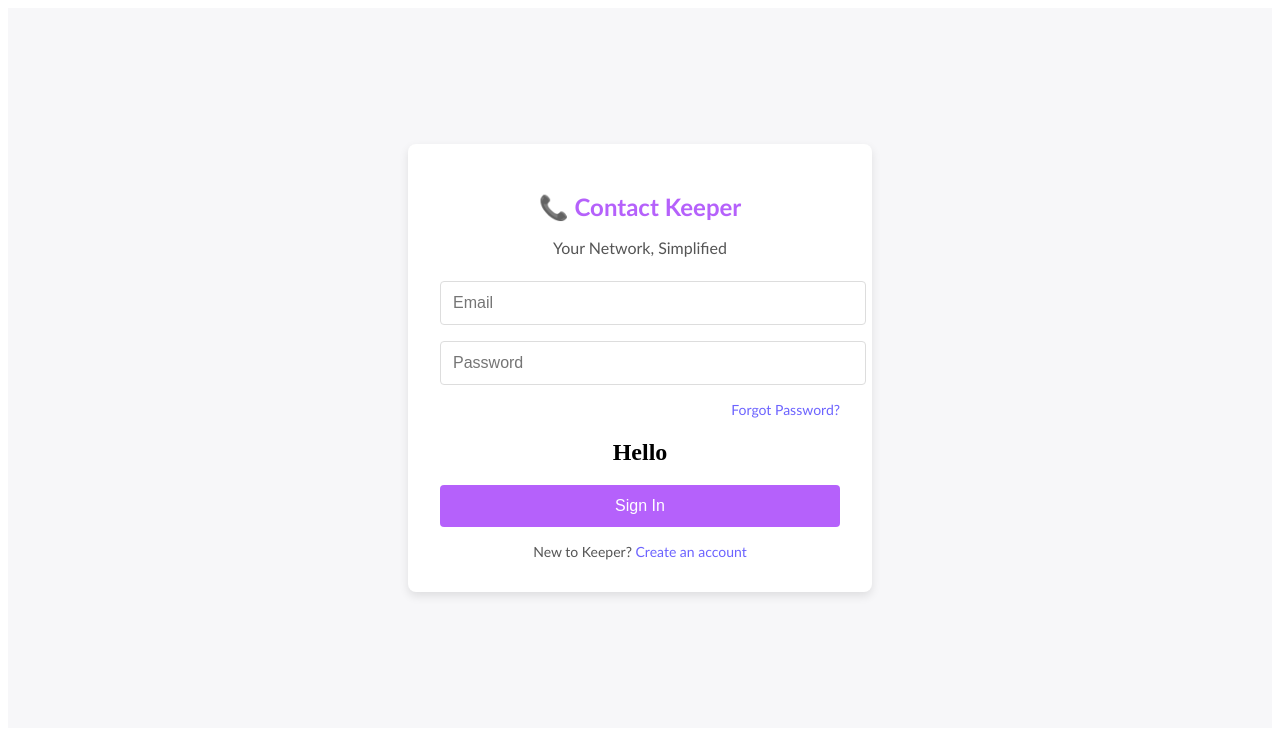
Repository: honexly/melbert-loginapp
Page: /
An editor plug-in stored every save of this project. The page is shown before and after a run of saves, followed by the edit.
The browser window is 1280 px wide. The pictures show the whole page.
The project was rebuilt for these pictures with package versions that can differ from the ones it lists, and the page was loaded fresh each time. Also part of the build but not shown: vue.config.js.

Above is the page before, as saved 2024-12-09 11:14:21.

### src/main.js
import Vue from 'vue'
import App from './App.vue'
import router from './route'

Vue.config.productionTip = false

new Vue({
  router,
  render: h => h(App),
}).$mount('#app')

### src/App.vue
<template>
  <div id="app">
    <div class="form-wrapper">
    <div class="form-card">
      <!-- Logo and Description -->
      <div class="header">
        <h1 class="logo">📞 Contact Keeper</h1>
        <p class="subtitle">Your Network, Simplified</p>
      </div>

      <!-- Form -->
      <form @submit.prevent="submitForm" class="form-container">
        <!-- Email Input -->
        <div class="form-group">
          <input
            type="email"
            v-model="email"
            placeholder="Email"
            class="input"
            :class="{ 'input-error': !isValidEmail && emailTouched }"
            @blur="emailTouched = true"
          />
          <p v-if="emailTouched && !isValidEmail && email !== ''" class="error-text">
          </p>
        </div>

        <!-- Password Input -->
        <div class="form-group">
          <input
            type="password"
            v-model="password"
            placeholder="Password"
            class="input"
            :class="{ 'input-error': !isValidPassword && passwordTouched }"
            @blur="passwordTouched = true"
          />
          <p v-if="passwordTouched && !isValidPassword" class="error-text">
          </p>
        </div>

        <!-- Links -->
        <div class="links">
          <a href="#" class="forgot-password">Forgot Password?</a>
        </div>

        <!-- Submit Button -->
        <router-view>   </router-view><button type="submit" class="btn" :disabled="!isValidEmail || !isValidPassword">
          Sign In
        </button>

        <!-- Signup Link -->
        <div class="signup-link">
          <span>New to Keeper? </span>
          <a href="#" class="create-account">Create an account</a>
        </div>
      </form>
    </div>
  </div>
    </div>
</template>

<script>
export default {
  data() {
    return {
      email: "",
      password: "",
      emailTouched: false, // Track whether the email input has been touched
      passwordTouched: false, // Track whether the password input has been touched
    };
  },
  computed: {
    isValidEmail() {
      // Email validation: required, must contain "@" and "."
      return /^[\w._%+-]+@[a-zA-Z0-9.-]+\.[a-zA-Z]{2,}$/.test(this.email);
    },
    isValidPassword() {
      // Password validation: required, minimum 8 characters
      return this.password.length >= 8;
    },
  },
  methods: {
    submitForm() {
      if (this.isValidEmail && this.isValidPassword) {
        alert("Form submitted!");
        // Handle form submission logic here (e.g., send data to server)
      }
    },
  },
};
</script>

<style scoped>
/* General Page Styling */
.form-wrapper {
  display: flex;
  justify-content: center;
  align-items: center;
  min-height: 100vh;
  background-color: #f7f7f9;
}

/* Card Styling */
.form-card {
  background: #fff;
  padding: 2rem;
  border-radius: 8px;
  box-shadow: 0 4px 10px rgba(0, 0, 0, 0.1);
  text-align: center;
  max-width: 400px;
  width: 100%;
}

/* Header */
.header .logo {
  font-size: 1.5rem;
  color: #a640fad3;
  margin-bottom: 0.5rem;
  font-weight: bold;
  font-family: 'Trebuchet MS', 'Lucida Sans Unicode', 'Lucida Grande', 'Lucida Sans', Arial, sans-serif;
}

.header .subtitle {
  font-size: 1rem;
  color: #555;
  margin-bottom: 1.5rem;
  font-family: 'Trebuchet MS', 'Lucida Sans Unicode', 'Lucida Grande', 'Lucida Sans', Arial, sans-serif;
}

/* Input Fields */
.input {
  width: 100%;
  padding: 0.75rem;
  margin-bottom: 1rem;
  border: 1px solid #ddd;
  border-radius: 4px;
  font-size: 1rem;
}

.input:focus {
  outline: none;
  border-color: #6c63ff;
}

/* Error styling */
.input-error {
  border-color: red;
}

.error-text {
  font-size: 0.875rem;
  color: red;
  margin-top: 0.5rem;
}

/* Links */
.links {
  text-align: right;
  margin-bottom: 1rem;
}

.forgot-password {
  font-size: 0.875rem;
  color: #6c63ff;
  text-decoration: none;
  font-family: 'Trebuchet MS', 'Lucida Sans Unicode', 'Lucida Grande', 'Lucida Sans', Arial, sans-serif;
}

.forgot-password:hover {
  text-decoration: underline;
}

/* Submit Button */
.btn {
  width: 100%;
  padding: 0.75rem;
  background: #a640fad3;
  color: #fff;
  border: none;
  border-radius: 4px;
  font-size: 1rem;
  cursor: pointer;
}

.btn:disabled {
  background: #a640fad3;
  cursor: not-allowed;
}

/* Signup Link */
.signup-link {
  margin-top: 1rem;
  font-size: 0.875rem;
  color: #555;
  font-family: 'Trebuchet MS', 'Lucida Sans Unicode', 'Lucida Grande', 'Lucida Sans', Arial, sans-serif;
}

.create-account {
  color: #6c63ff;
  text-decoration: none;
  font-family: 'Trebuchet MS', 'Lucida Sans Unicode', 'Lucida Grande', 'Lucida Sans', Arial, sans-serif;
}

.create-account:hover {
  text-decoration: underline;
}
</style>

### src/route.js
import Vue from 'vue';
import VueRouter from 'vue-router';
import LoginPage from '@/pages/LoginPage.vue';


Vue.use(VueRouter);

/* eslint-disable no-unused-vars */
const routes = [
  {
    path: '/',
    name: 'Login',
    component: LoginPage,
  },
];
/* eslint-enable no-unused-vars */

const router = new VueRouter({
  mode: 'history',
  base: process.env.BASE_URL,
  routes
});
export default router;

### src/pages/LoginPage.vue
<template>
    <div>
<h2> Hello</h2>
    </div>
</template>

<script>
    export default {

    }
</script>

<style lang="scss" scoped>

</style>

Loaded but not shown: public/index.html (common file)

After the next 5 saves:
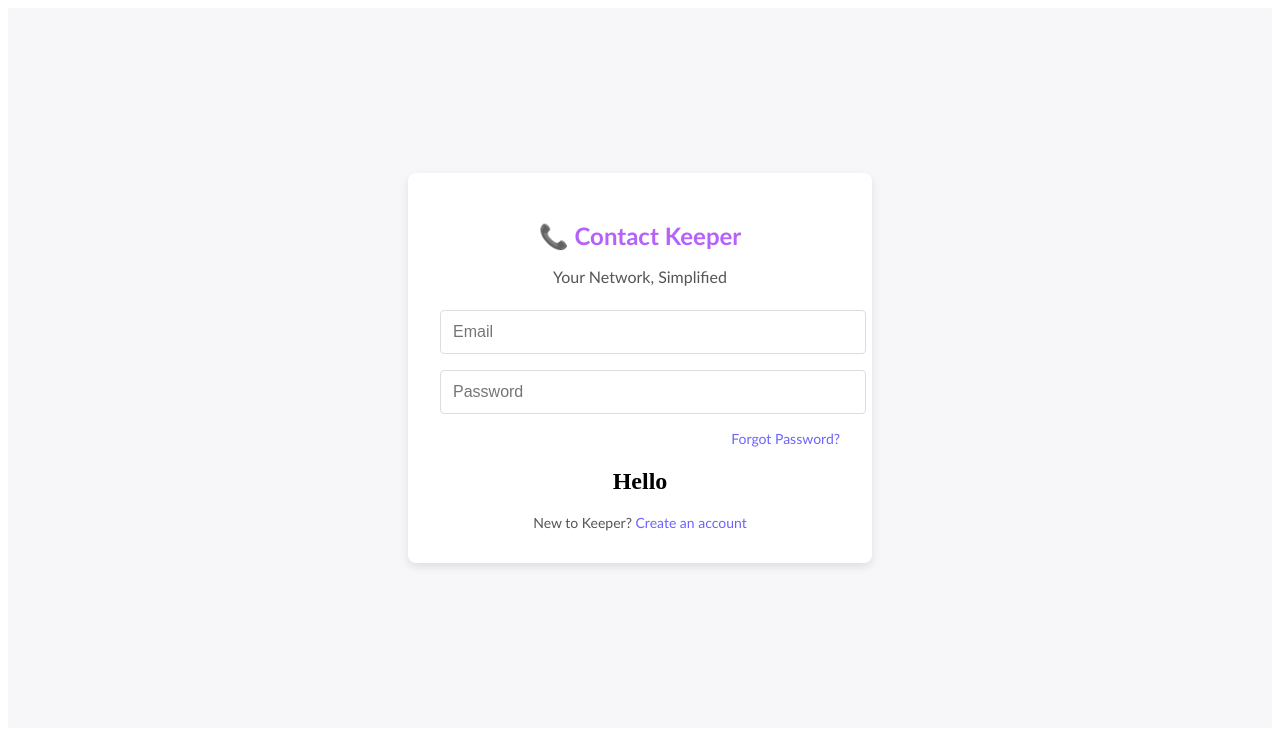
The 5 saves are shown as one change because they came seconds apart.
The last was saved 14 s later.
--- a/src/App.vue
+++ b/src/App.vue
@@ -44,9 +44,10 @@
         </div>
 
         <!-- Submit Button -->
-        <router-view>   </router-view><button type="submit" class="btn" :disabled="!isValidEmail || !isValidPassword">
+        <router-view>   <button type="submit" class="btn" :disabled="!isValidEmail || !isValidPassword">
           Sign In
         </button>
+      </router-view>
 
         <!-- Signup Link -->
         <div class="signup-link">
